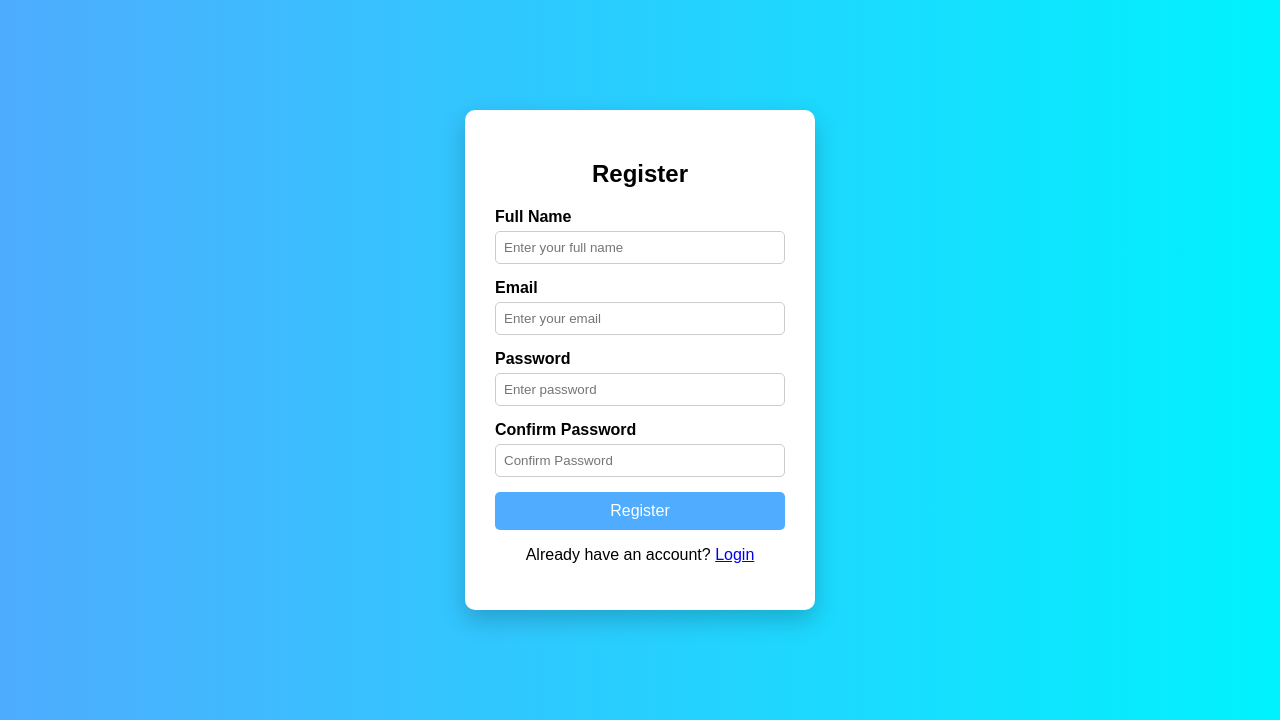
Repository: Ramjangori/Spring_Boot
Page: http://localhost/PatientsManagementProject/views/login.jsp
The author's editor kept a copy of each file at every save. The page is drawn from the files as they stood at one save, then again after the next save.
The browser window is 1280 px wide. The pictures show the whole page.
The page is served by Tomcat 9. Other server files are loaded and not shown.

Above is the page before, as saved 2026-05-04 16:10:24.

### PatientsManagementProject/src/main/webapp/views/login.jsp
<%@ page language="java" contentType="text/html; charset=UTF-8"
    pageEncoding="UTF-8"%>
<!DOCTYPE html>
<html>
<head>
<meta charset="UTF-8">
<title>Register Page</title>

<style>
    * {
        box-sizing: border-box;
    }

    body {
        font-family: Arial, sans-serif;
        background: linear-gradient(to right, #4facfe, #00f2fe);
        display: flex;
        justify-content: center;
        align-items: center;
        min-height: 100vh;
        margin: 0;
    }

    .container {
        background: white;
        padding: 30px;
        border-radius: 10px;
        width: 350px;
        box-shadow: 0 10px 25px rgba(0,0,0,0.2);
    }

    h2 {
        text-align: center;
        margin-bottom: 20px;
    }

    .form-group {
        margin-bottom: 15px;
    }

    label {
        display: block;
        margin-bottom: 5px;
        font-weight: bold;
    }

    input {
        width: 100%;
        padding: 8px;
        border: 1px solid #ccc;
        border-radius: 5px;
    }

    button {
        width: 100%;
        padding: 10px;
        background: #4facfe;
        border: none;
        color: white;
        font-size: 16px;
        border-radius: 5px;
        cursor: pointer;
    }

    button:hover {
        background: #007bff;
    }

    .link {
        text-align: center;
        margin-top: 10px;
    }

    .msg {
        padding: 10px;
        border-radius: 5px;
        margin-bottom: 15px;
        text-align: center;
        font-size: 14px;
    }

    .success {
        background-color: #d4edda;
        color: #155724;
        border: 1px solid #c3e6cb;
    }

    .error {
        background-color: #f8d7da;
        color: #721c24;
        border: 1px solid #f5c6cb;
    }
</style>

</head>
<body>

<div class="container">
    <h2>Register</h2>


    <form action="login" method="post">

        <div class="form-group">
            <label>Full Name</label>
            <input type="text" name="name" placeholder="Enter your full name" required>
        </div>

        <div class="form-group">
            <label>Email</label>
            <input type="email" name="email" placeholder="Enter your email" required>
        </div>

        <div class="form-group">
            <label>Password</label>
            <input type="password" name="password" placeholder="Enter password" required>
        </div>

        <div class="form-group">
            <label>Confirm Password</label>
            <input type="password" name="confirmPassword" placeholder="Confirm Password" required>
        </div>

        <button type="submit">Register</button>

        <div class="link">
            <p>Already have an account? <a href="login.jsp">Login</a></p>
        </div>

    </form>
</div>

</body>
</html>

After the next save:
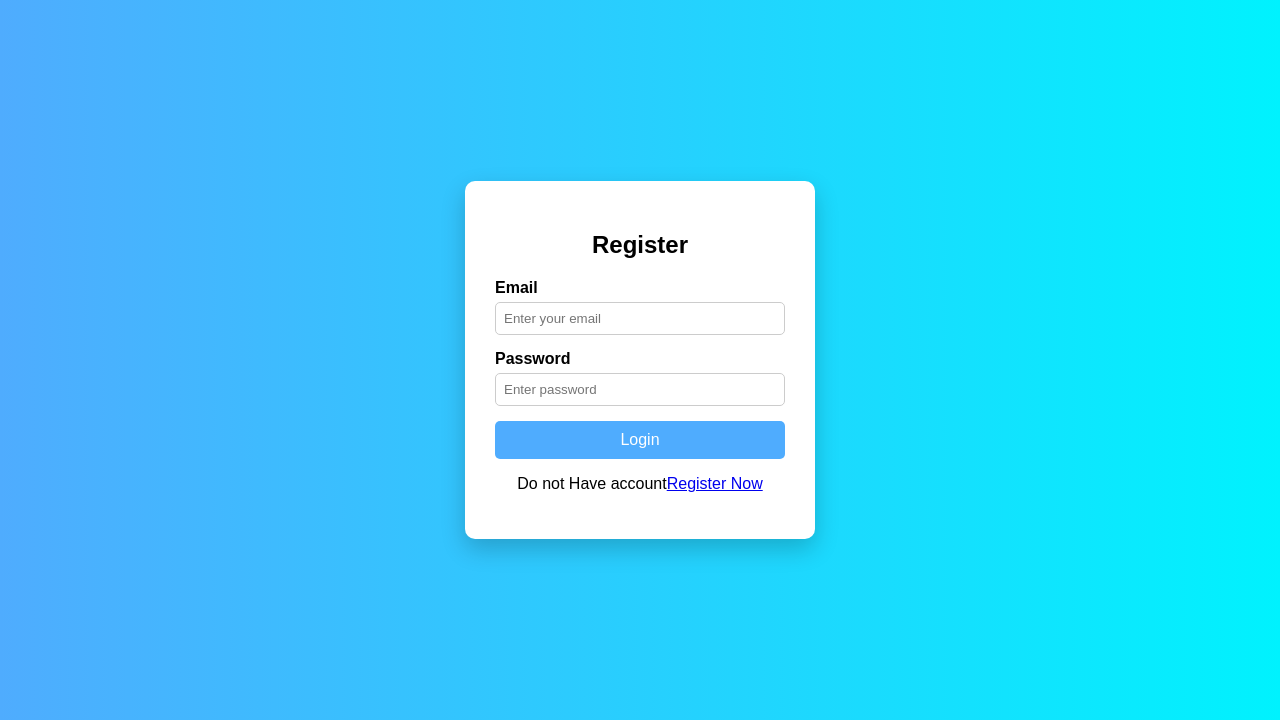
Saved 64 s later.
--- a/PatientsManagementProject/src/main/webapp/views/login.jsp
+++ b/PatientsManagementProject/src/main/webapp/views/login.jsp
@@ -102,11 +102,6 @@
     <form action="login" method="post">
 
         <div class="form-group">
-            <label>Full Name</label>
-            <input type="text" name="name" placeholder="Enter your full name" required>
-        </div>
-
-        <div class="form-group">
             <label>Email</label>
             <input type="email" name="email" placeholder="Enter your email" required>
         </div>
@@ -116,15 +111,12 @@
             <input type="password" name="password" placeholder="Enter password" required>
         </div>
 
-        <div class="form-group">
-            <label>Confirm Password</label>
-            <input type="password" name="confirmPassword" placeholder="Confirm Password" required>
-        </div>
 
-        <button type="submit">Register</button>
+
+        <button type="submit">Login</button>
 
         <div class="link">
-            <p>Already have an account? <a href="login.jsp">Login</a></p>
+            <p>Do not Have account<a href="Register.jsp">Register Now</a></p>
         </div>
 
     </form>
